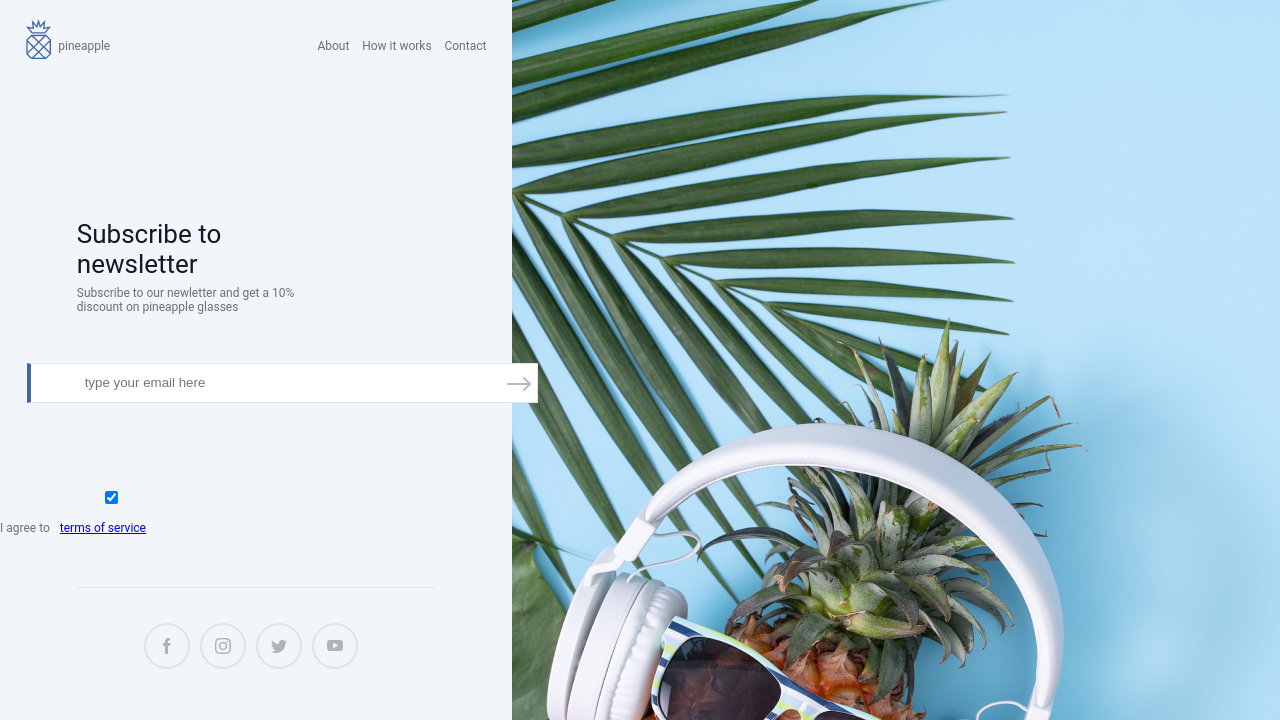
Repository: PaulsBebris/megabit-task
Page: /
The author's editor kept a copy of each file at every save. The page is drawn from the files as they stood at one save, then again after the next save.
The browser window is 1280 px wide. The pictures show the whole page.
The project was rebuilt for these pictures with package versions that can differ from the ones it lists, and the page was loaded fresh each time.

Above is the page before, as saved 2021-04-19 16:38:33.

After the next save:
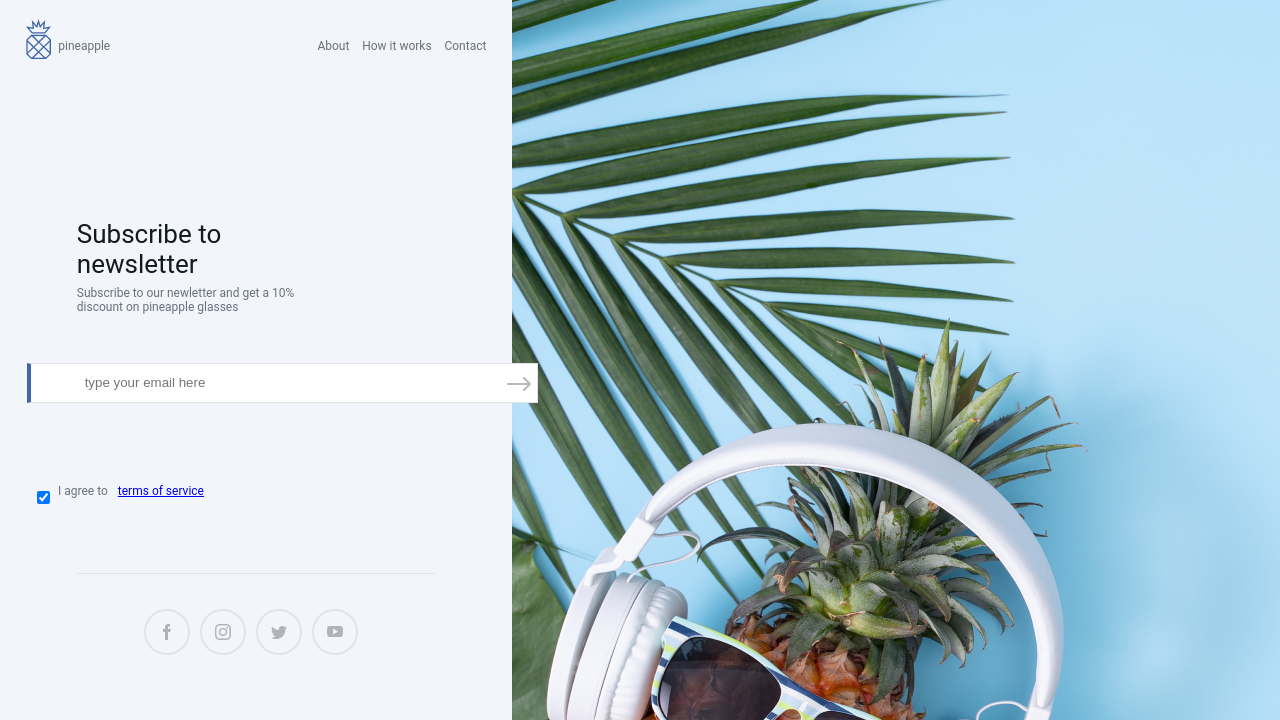
Saved 94 s later.
--- a/src/views/Home.vue
+++ b/src/views/Home.vue
@@ -159,6 +159,9 @@ export default {
 .submit-button span {
   margin-top: 5px;
 }
+.terms-of-use {
+  display: flex;
+}
 .terms-of-use input {
   margin-left: 15%;
 }
